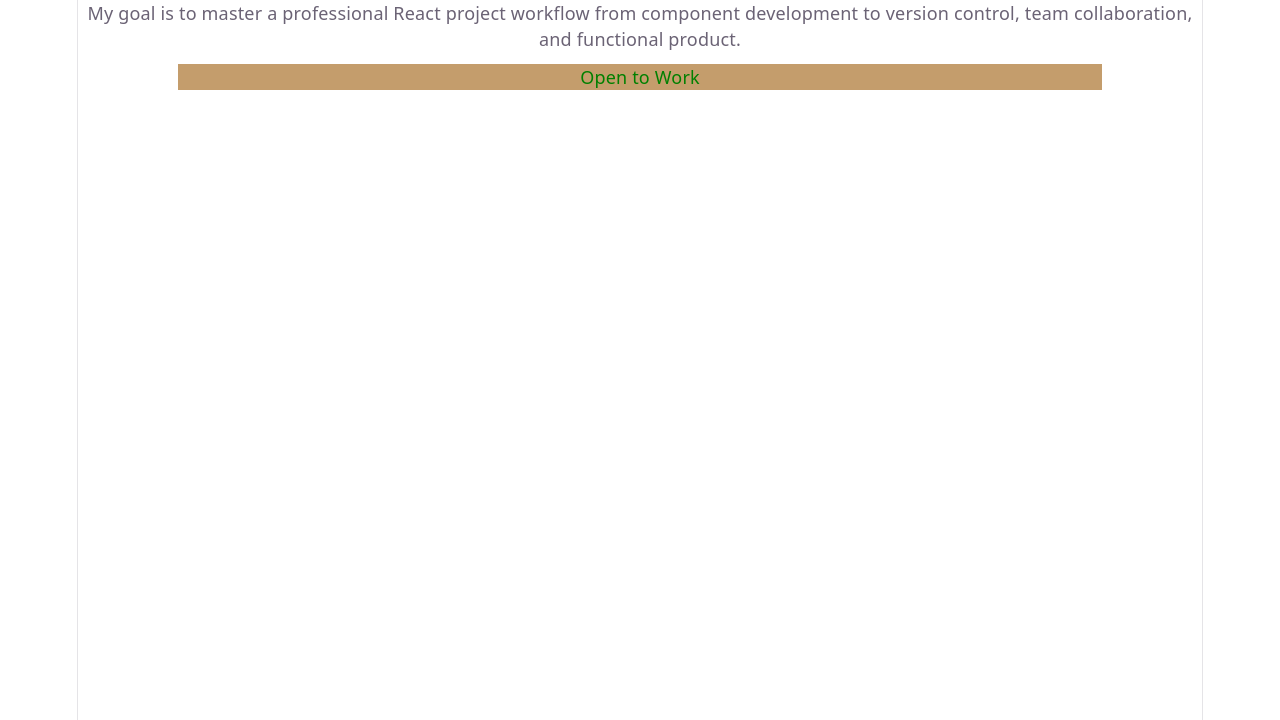
Repository: Houykea/jia-portfolio
Page: /
These files come from the project's save history. The page is drawn as it stood at one moment and after the next save; the edit follows.
The browser window is 1280 px wide. The pictures show the whole page.
The project was rebuilt for these pictures with package versions that can differ from the ones it lists, and the page was loaded fresh each time. Also part of the build but not shown: vite.config.js.

Above is the page before, as saved 2026-09-11 16:51:18.

### index.html
<!doctype html>
<html lang="en">
  <head>
    <meta charset="UTF-8" />
    <link rel="icon" type="image/svg+xml" href="/favicon.svg" />
    <meta name="viewport" content="width=device-width, initial-scale=1.0" />
    <title>jia-portfolio</title>
  </head>
  <body>
    <div id="root"></div>
    <script type="module" src="/src/main.jsx"></script>
  </body>
</html>

### src/index.css
:root {
  --text: #6b6375;
  --text-h: #08060d;
  --bg: #fff;
  --border: #e5e4e7;
  --code-bg: #f4f3ec;
  --accent: #aa3bff;
  --accent-bg: rgba(170, 59, 255, 0.1);
  --accent-border: rgba(170, 59, 255, 0.5);
  --social-bg: rgba(244, 243, 236, 0.5);
  --shadow:
    rgba(0, 0, 0, 0.1) 0 10px 15px -3px, rgba(0, 0, 0, 0.05) 0 4px 6px -2px;

  --sans: system-ui, 'Segoe UI', Roboto, sans-serif;
  --heading: system-ui, 'Segoe UI', Roboto, sans-serif;
  --mono: ui-monospace, Consolas, monospace;

  font: 18px/145% var(--sans);
  letter-spacing: 0.18px;
  color-scheme: light dark;
  color: var(--text);
  background: var(--bg);
  font-synthesis: none;
  text-rendering: optimizeLegibility;
  -webkit-font-smoothing: antialiased;
  -moz-osx-font-smoothing: grayscale;

  @media (max-width: 1024px) {
    font-size: 16px;
  }
}

@media (prefers-color-scheme: dark) {
  :root {
    --text: #9ca3af;
    --text-h: #f3f4f6;
    --bg: #16171d;
    --border: #2e303a;
    --code-bg: #1f2028;
    --accent: #c084fc;
    --accent-bg: rgba(192, 132, 252, 0.15);
    --accent-border: rgba(192, 132, 252, 0.5);
    --social-bg: rgba(47, 48, 58, 0.5);
    --shadow:
      rgba(0, 0, 0, 0.4) 0 10px 15px -3px, rgba(0, 0, 0, 0.25) 0 4px 6px -2px;
  }

  #social .button-icon {
    filter: invert(1) brightness(2);
  }
}

body {
  margin: 0;
}

#root {
  width: 1126px;
  max-width: 100%;
  margin: 0 auto;
  text-align: center;
  border-inline: 1px solid var(--border);
  min-height: 100svh;
  display: flex;
  flex-direction: column;
  box-sizing: border-box;
}

h1,
h2 {
  font-family: var(--heading);
  font-weight: 500;
  color: var(--text-h);
}

h1 {
  font-size: 56px;
  letter-spacing: -1.68px;
  margin: 32px 0;
  @media (max-width: 1024px) {
    font-size: 36px;
    margin: 20px 0;
  }
}
h2 {
  font-size: 24px;
  line-height: 118%;
  letter-spacing: -0.24px;
  margin: 0 0 8px;
  @media (max-width: 1024px) {
    font-size: 20px;
  }
}
p {
  margin: 0;
}

code,
.counter {
  font-family: var(--mono);
  display: inline-flex;
  border-radius: 4px;
  color: var(--text-h);
}

code {
  font-size: 15px;
  line-height: 135%;
  padding: 4px 8px;
  background: var(--code-bg);
}

### src/App.jsx
import { useState } from 'react'
import './App.css'
import StatusBadge from './StatusBadge'
import SectionHeading from "./components/Headings";

function App() {
  return (
    <>

      <p>My goal is to master a professional React project workflow from component development to version control, team collaboration, and functional product.</p>
      <StatusBadge isOpenToWork={true}/>
    </>
  )
}

export default App

### src/App.css
.green {
  color: green;
  background-color: rgb(196, 157, 108);
  margin-left: 100px;
  margin-right: 100px;
  margin-top: 12px;  ;
}

.gray {
  color: gray;
  background-color: bisque;
  margin:100px

}

### src/StatusBadge.jsx
const StatusBadge = ({isOpenToWork}) => {
  const statusText = isOpenToWork ? "Open to Work" : "Busy learning"
  const statusColor = isOpenToWork ? "green" : "gray"
  return (
    <span className={statusColor}>
      {statusText}
    </span>
  )
}
export default StatusBadge;

### src/components/Headings.jsx
function SectionHeading({title}) {
  return (
    <>
      <h2 className="text-gray-900 ext-x1 font-semibold mb-4 p-4">
        Lim Houykea
      </h2>
    </>
  )
}

export default SectionHeading

Loaded but not shown: src/main.tsx (common file)

After the next save:
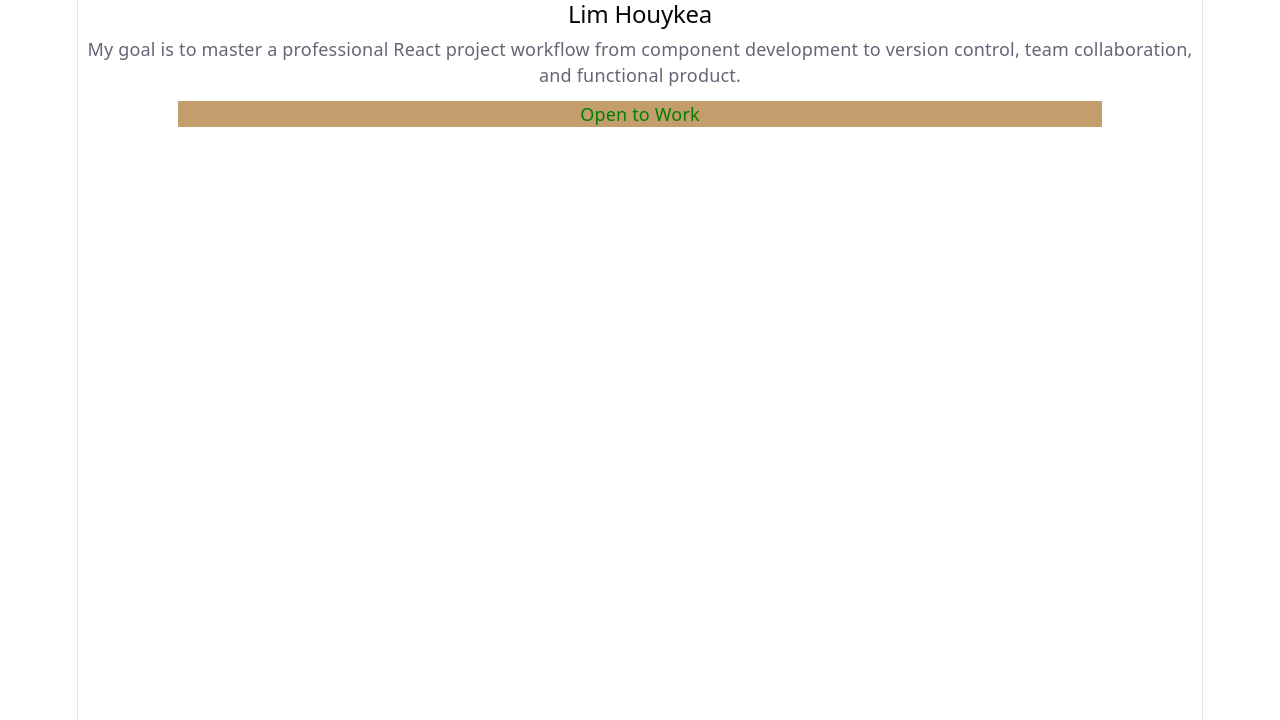
Saved 7 s later.
--- a/src/App.jsx
+++ b/src/App.jsx
@@ -6,7 +6,7 @@ import SectionHeading from "./components/Headings";
 function App() {
   return (
     <>
-
+      <SectionHeading></SectionHeading>
       <p>My goal is to master a professional React project workflow from component development to version control, team collaboration, and functional product.</p>
       <StatusBadge isOpenToWork={true}/>
     </>
